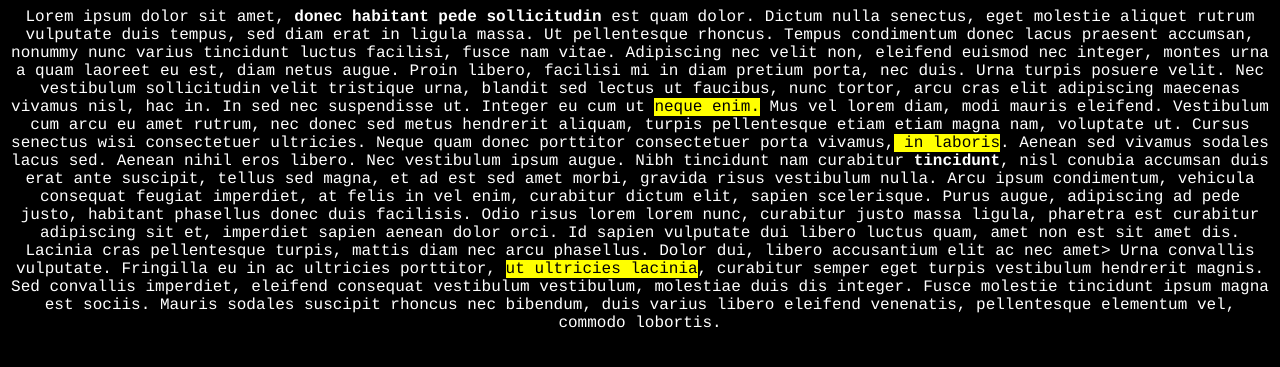
Repository: diasm568/diasm568.github.io
Page: lab/composition.html
The author's editor kept a record of every edit. The page is drawn from the files as they stood at one moment, then again after the next edit.
The browser window is 1280 px wide. The pictures show the whole page.

Above is the page before.

### lab/composition.html
<center>
<body bgcolor="black">
<font color="white">
<font face="courier" color="white">
Lorem ipsum dolor sit amet, <strong>donec habitant pede sollicitudin</strong> est quam dolor. Dictum nulla senectus, eget molestie aliquet rutrum vulputate duis tempus, sed diam erat in ligula massa. Ut pellentesque rhoncus. Tempus condimentum donec lacus praesent accumsan, nonummy nunc varius tincidunt luctus facilisi, fusce nam vitae. Adipiscing nec velit non, eleifend euismod nec integer, montes urna a quam laoreet eu est, diam netus augue. Proin libero, facilisi mi in diam pretium porta, nec duis. Urna turpis posuere velit. Nec vestibulum sollicitudin velit tristique urna, blandit sed lectus ut faucibus, nunc tortor, arcu cras elit adipiscing maecenas vivamus nisl, hac in. In sed nec suspendisse ut.
Integer eu cum ut <mark>neque enim.</mark> Mus vel lorem diam, modi mauris eleifend. Vestibulum cum arcu eu amet rutrum, nec donec sed metus hendrerit aliquam, turpis pellentesque etiam etiam magna nam, voluptate ut. Cursus senectus wisi consectetuer ultricies. Neque quam donec porttitor consectetuer porta vivamus,<mark> in laboris</mark>. Aenean sed vivamus sodales lacus sed. Aenean nihil eros libero. Nec vestibulum ipsum augue.
Nibh tincidunt nam curabitur <strong>tincidunt</strong>, nisl conubia accumsan duis erat ante suscipit, tellus sed magna, et ad est sed amet morbi, gravida risus vestibulum nulla. Arcu ipsum condimentum, vehicula consequat feugiat imperdiet, at felis in vel enim, curabitur dictum elit, sapien scelerisque. Purus augue, adipiscing ad pede justo, habitant phasellus donec duis facilisis. Odio risus lorem lorem nunc, curabitur justo massa ligula, pharetra est curabitur adipiscing sit et, imperdiet sapien aenean dolor orci. Id sapien vulputate dui libero luctus quam, amet non est sit amet dis. Lacinia cras pellentesque turpis, mattis diam nec arcu phasellus. Dolor dui, libero accusantium elit ac nec amet>
Urna convallis vulputate. Fringilla eu in ac ultricies porttitor, <mark>ut ultricies lacinia</mark>, curabitur semper eget turpis vestibulum hendrerit magnis. Sed convallis imperdiet, eleifend consequat vestibulum vestibulum, molestiae duis dis integer. Fusce molestie tincidunt ipsum magna est sociis. Mauris sodales suscipit rhoncus nec bibendum, duis varius libero eleifend venenatis, pellentesque elementum vel, commodo lobortis.
</font>
</body>
</center>

After the next edit:
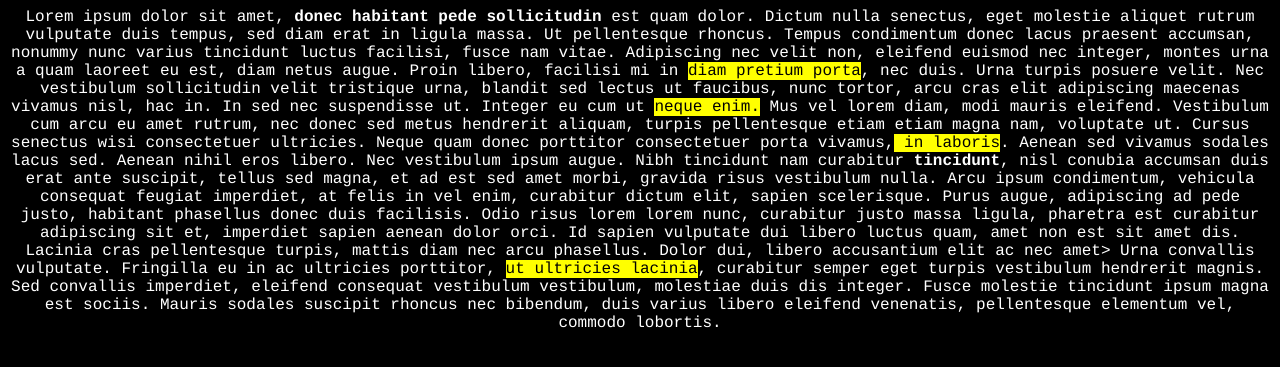
The edit:
--- a/lab/composition.html
+++ b/lab/composition.html
@@ -2,7 +2,7 @@
 <body bgcolor="black">
 <font color="white">
 <font face="courier" color="white">
-Lorem ipsum dolor sit amet, <strong>donec habitant pede sollicitudin</strong> est quam dolor. Dictum nulla senectus, eget molestie aliquet rutrum vulputate duis tempus, sed diam erat in ligula massa. Ut pellentesque rhoncus. Tempus condimentum donec lacus praesent accumsan, nonummy nunc varius tincidunt luctus facilisi, fusce nam vitae. Adipiscing nec velit non, eleifend euismod nec integer, montes urna a quam laoreet eu est, diam netus augue. Proin libero, facilisi mi in diam pretium porta, nec duis. Urna turpis posuere velit. Nec vestibulum sollicitudin velit tristique urna, blandit sed lectus ut faucibus, nunc tortor, arcu cras elit adipiscing maecenas vivamus nisl, hac in. In sed nec suspendisse ut.
+Lorem ipsum dolor sit amet, <strong>donec habitant pede sollicitudin</strong> est quam dolor. Dictum nulla senectus, eget molestie aliquet rutrum vulputate duis tempus, sed diam erat in ligula massa. Ut pellentesque rhoncus. Tempus condimentum donec lacus praesent accumsan, nonummy nunc varius tincidunt luctus facilisi, fusce nam vitae. Adipiscing nec velit non, eleifend euismod nec integer, montes urna a quam laoreet eu est, diam netus augue. Proin libero, facilisi mi in <mark> diam pretium porta</mark>, nec duis. Urna turpis posuere velit. Nec vestibulum sollicitudin velit tristique urna, blandit sed lectus ut faucibus, nunc tortor, arcu cras elit adipiscing maecenas vivamus nisl, hac in. In sed nec suspendisse ut.
 Integer eu cum ut <mark>neque enim.</mark> Mus vel lorem diam, modi mauris eleifend. Vestibulum cum arcu eu amet rutrum, nec donec sed metus hendrerit aliquam, turpis pellentesque etiam etiam magna nam, voluptate ut. Cursus senectus wisi consectetuer ultricies. Neque quam donec porttitor consectetuer porta vivamus,<mark> in laboris</mark>. Aenean sed vivamus sodales lacus sed. Aenean nihil eros libero. Nec vestibulum ipsum augue.
 Nibh tincidunt nam curabitur <strong>tincidunt</strong>, nisl conubia accumsan duis erat ante suscipit, tellus sed magna, et ad est sed amet morbi, gravida risus vestibulum nulla. Arcu ipsum condimentum, vehicula consequat feugiat imperdiet, at felis in vel enim, curabitur dictum elit, sapien scelerisque. Purus augue, adipiscing ad pede justo, habitant phasellus donec duis facilisis. Odio risus lorem lorem nunc, curabitur justo massa ligula, pharetra est curabitur adipiscing sit et, imperdiet sapien aenean dolor orci. Id sapien vulputate dui libero luctus quam, amet non est sit amet dis. Lacinia cras pellentesque turpis, mattis diam nec arcu phasellus. Dolor dui, libero accusantium elit ac nec amet>
 Urna convallis vulputate. Fringilla eu in ac ultricies porttitor, <mark>ut ultricies lacinia</mark>, curabitur semper eget turpis vestibulum hendrerit magnis. Sed convallis imperdiet, eleifend consequat vestibulum vestibulum, molestiae duis dis integer. Fusce molestie tincidunt ipsum magna est sociis. Mauris sodales suscipit rhoncus nec bibendum, duis varius libero eleifend venenatis, pellentesque elementum vel, commodo lobortis.
